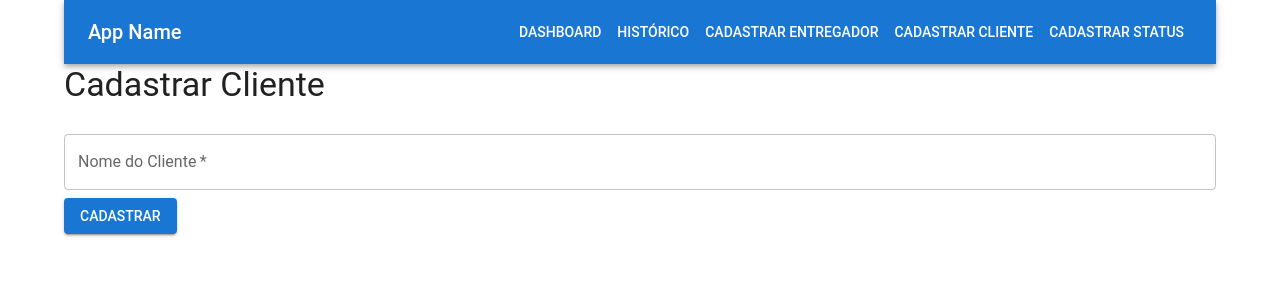
Repository: feliperanon/mobilegestao
Page: /add-cliente (app in frontend/)
An editor plug-in stored every save of this project. The page is shown before and after the next save, followed by the edit.
The browser window is 1280 px wide. The pictures show the whole page.
The project was rebuilt for these pictures with package versions that can differ from the ones it lists, and the page was loaded fresh each time. Also part of the build but not shown: frontend/webpack.config.js, frontend/src/pages/Home.js, frontend/src/pages/History.js, frontend/src/pages/Analysis.js, frontend/src/components/Dashboard.js, frontend/src/components/Login.js, frontend/src/components/Register.js, frontend/src/components/AddEntregador.js and 1 more.

Above is the page before, as saved 2024-07-14 19:32:57.

### frontend/public/index.html
<!-- frontend/public/index.html -->

<!DOCTYPE html>
<html lang="en">
<head>
    <meta charset="UTF-8">
    <meta name="viewport" content="width=device-width, initial-scale=1.0">
    <title>Mobile Gestão</title>
</head>
<body>
    <div id="root"></div>
</body>
</html>

### frontend/src/index.js
// frontend/src/index.js

import React from 'react';
import ReactDOM from 'react-dom';
import { BrowserRouter as Router } from 'react-router-dom';
import { ThemeProvider, createTheme } from '@mui/material/styles';
import CssBaseline from '@mui/material/CssBaseline';
import App from './App';

const theme = createTheme({
  palette: {
    primary: {
      main: '#1976d2',
    },
    secondary: {
      main: '#dc004e',
    },
  },
  typography: {
    fontFamily: 'Roboto, Arial, sans-serif',
  },
});

const rootElement = document.getElementById('root');

const render = (Component) => {
  ReactDOM.render(
    <ThemeProvider theme={theme}>
      <CssBaseline />
      <Router>
        <Component />
      </Router>
    </ThemeProvider>,
    rootElement
  );
};

render(App);

if (module.hot) {
  module.hot.accept('./App', () => {
    const NextApp = require('./App').default;
    render(NextApp);
  });
}

### frontend/src/App.js
// frontend/src/App.js

import React from 'react';
import { BrowserRouter as Router, Route, Switch } from 'react-router-dom';
import { ThemeProvider, createTheme } from '@mui/material/styles';
import CssBaseline from '@mui/material/CssBaseline';
import Home from './pages/Home';
import History from './pages/History';
import Analysis from './pages/Analysis';
import Dashboard from './components/Dashboard';
import Login from './components/Login';
import Register from './components/Register';
import AddEntregador from './components/AddEntregador';
import AddCliente from './components/AddCliente';
import AddStatus from './components/AddStatus';

const theme = createTheme({
  palette: {
    primary: {
      main: '#1976d2',
    },
    secondary: {
      main: '#dc004e',
    },
  },
  typography: {
    fontFamily: 'Roboto, Arial, sans-serif',
  },
});

const App = () => (
  <ThemeProvider theme={theme}>
    <CssBaseline />
    <Router>
      <Switch>
        <Route path="/" exact component={Home} />
        <Route path="/login" component={Login} />
        <Route path="/register" component={Register} />
        <Route path="/dashboard" component={Dashboard} />
        <Route path="/history" component={History} />
        <Route path="/analysis" component={Analysis} />
        <Route path="/add-entregador" component={AddEntregador} />
        <Route path="/add-cliente" component={AddCliente} />
        <Route path="/add-status" component={AddStatus} />
      </Switch>
    </Router>
  </ThemeProvider>
);

export default App;

### frontend/src/components/AddCliente.js
// frontend/src/components/AddCliente.js

import React, { useState } from 'react';
import axios from 'axios';
import {
  Container,
  Typography,
  TextField,
  Button,
  Box
} from '@mui/material';
import Navigation from './Navigation';

const AddCliente = () => {
  const [name, setName] = useState('');

  const handleSubmit = async (e) => {
    e.preventDefault();
    try {
      await axios.post('http://localhost:5008/api/lists/clientes', { nome: name });
      setName('');
    } catch (err) {
      console.error('Erro ao adicionar cliente', err);
    }
  };

  return (
    <Container>
      <Navigation />
      <Typography variant="h4" component="h1" gutterBottom>
        Cadastrar Cliente
      </Typography>
      <Box component="form" onSubmit={handleSubmit} sx={{ mb: 4 }}>
        <TextField
          label="Nome do Cliente"
          value={name}
          onChange={(e) => setName(e.target.value)}
          fullWidth
          required
          margin="normal"
        />
        <Button type="submit" variant="contained" color="primary">
          Cadastrar
        </Button>
      </Box>
    </Container>
  );
};

export default AddCliente;

### frontend/src/components/Navigation.js
// frontend/src/components/Navigation.js

import React from 'react';
import { Link } from 'react-router-dom';
import { AppBar, Toolbar, Typography, Button } from '@mui/material';

const Navigation = () => {
  return (
    <AppBar position="static">
      <Toolbar>
        <Typography variant="h6" sx={{ flexGrow: 1 }}>
          App Name
        </Typography>
        <Button color="inherit" component={Link} to="/dashboard">Dashboard</Button>
        <Button color="inherit" component={Link} to="/history">Histórico</Button>
        <Button color="inherit" component={Link} to="/add-entregador">Cadastrar Entregador</Button>
        <Button color="inherit" component={Link} to="/add-cliente">Cadastrar Cliente</Button>
        <Button color="inherit" component={Link} to="/add-status">Cadastrar Status</Button>
      </Toolbar>
    </AppBar>
  );
};

export default Navigation;

After the next save:
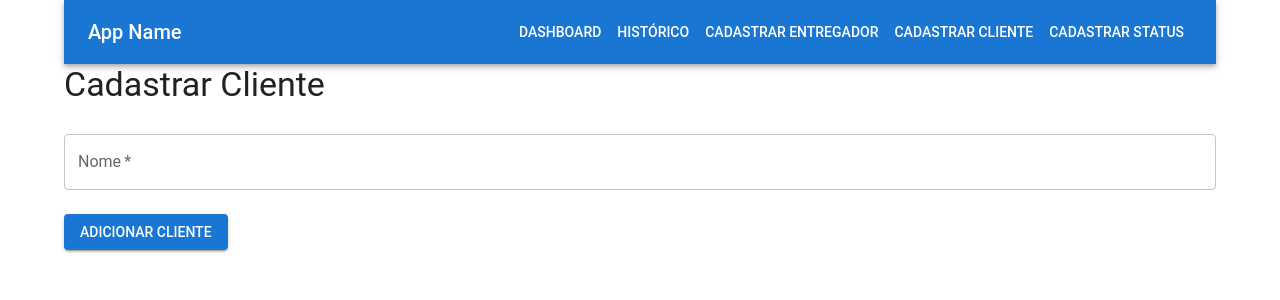
Saved 24 s later.
--- a/frontend/src/components/AddCliente.js
+++ b/frontend/src/components/AddCliente.js
@@ -2,23 +2,17 @@
 
 import React, { useState } from 'react';
 import axios from 'axios';
-import {
-  Container,
-  Typography,
-  TextField,
-  Button,
-  Box
-} from '@mui/material';
+import { Container, Typography, TextField, Button, Box } from '@mui/material';
 import Navigation from './Navigation';
 
 const AddCliente = () => {
-  const [name, setName] = useState('');
+  const [nome, setNome] = useState('');
 
   const handleSubmit = async (e) => {
     e.preventDefault();
     try {
-      await axios.post('http://localhost:5008/api/lists/clientes', { nome: name });
-      setName('');
+      await axios.post('http://localhost:5008/api/lists/clientes', { nome });
+      setNome('');
     } catch (err) {
       console.error('Erro ao adicionar cliente', err);
     }
@@ -32,15 +26,15 @@ const AddCliente = () => {
       </Typography>
       <Box component="form" onSubmit={handleSubmit} sx={{ mb: 4 }}>
         <TextField
-          label="Nome do Cliente"
-          value={name}
-          onChange={(e) => setName(e.target.value)}
+          label="Nome"
+          value={nome}
+          onChange={(e) => setNome(e.target.value)}
           fullWidth
           required
           margin="normal"
         />
-        <Button type="submit" variant="contained" color="primary">
-          Cadastrar
+        <Button type="submit" variant="contained" color="primary" sx={{ mt: 2 }}>
+          Adicionar Cliente
         </Button>
       </Box>
     </Container>
